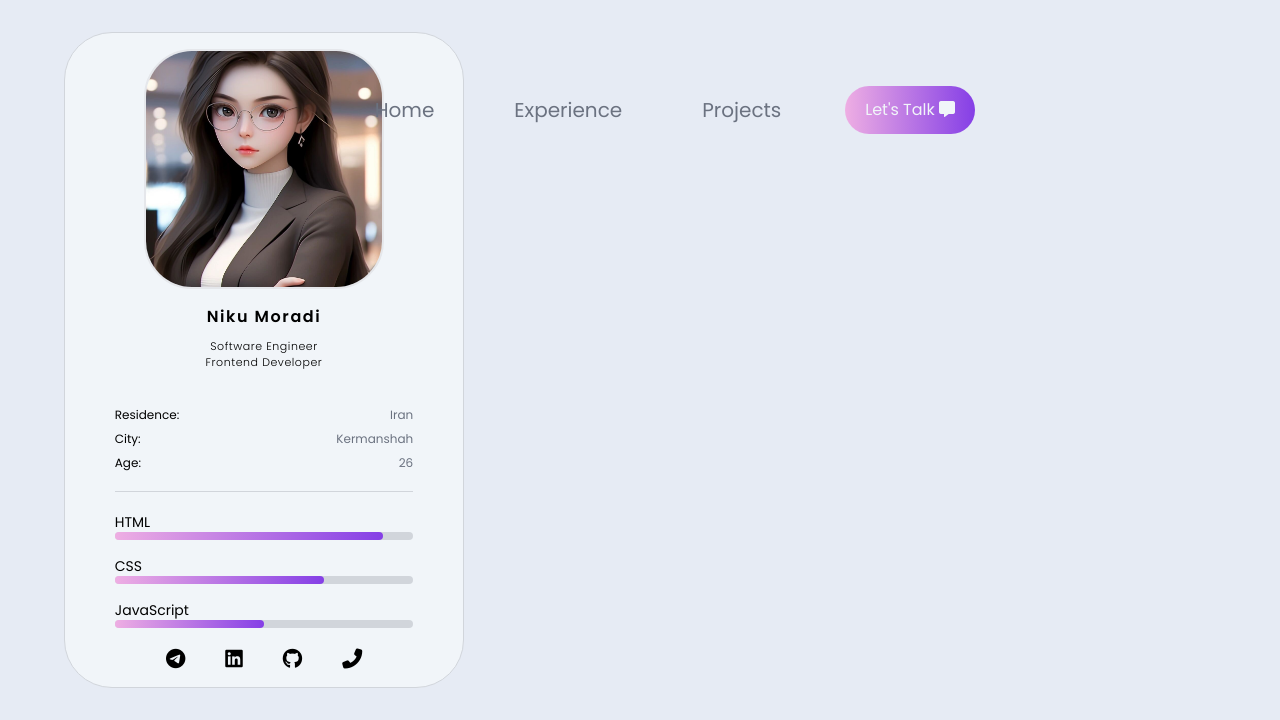
Repository: NikuMoradi/niku-moradi
Page: /
These files come from the project's save history. The page is drawn as it stood at one moment and after the next save; the edit follows.
The browser window is 1280 px wide. The pictures show the whole page.
The project was rebuilt for these pictures with package versions that can differ from the ones it lists, and the page was loaded fresh each time. The framework's server and built-in components were replaced by stand-ins that run in the browser. Also part of the build but not shown: nuxt.config.ts, components/Blog Posts/Component-Design.vue, components/Blog.vue, components/Contact.vue, components/Education.vue, components/Experience.vue, components/Hero.vue, components/Menu.vue and 3 more.

Above is the page before, as saved 2024-12-01 11:55:29.

### assets/css/main.css
@tailwind base;
@tailwind components;
@tailwind utilities;
@layer base {
  body {
    background-color: #e6ebf4;
  }
}

@layer utilities {
  .bg-primary-gradient {
    background: linear-gradient(
      90deg,
      rgba(238, 174, 227, 1) 0%,
      rgb(133, 63, 230) 100%
    );
  }

  .text-primary-gradient {
    background: linear-gradient(
      90deg,
      rgba(238, 174, 227, 1) 0%,
      rgb(133, 63, 230) 100%
    );
  }
}

### components/LeftPanel.vue
<template>
  <div
    class="text-black w-[400px] flex flex-col items-center bg-slate-100 border border-gray-300 rounded-4xl"
    style="height: calc(100vh - 4rem)"
  >
    <!-- Header-->
    <div class="w-full py-4 flex flex-col items-center justify-center">
      <img
        src="../assets/img/photo_2024-11-28_10-37-05.jpg"
        alt="Profile Picture"
        class="w-60 h-60 mb-5 border-2 object-cover object-center rounded-4xl"
      />
      <h2
        class="text-[16px] font-semibold tracking-widest leading-[16.8px] mb-3"
      >
        Niku Moradi
      </h2>
      <p class="text-[11px] font-light tracking-wider leading-[16.5px]">
        Software Engineer
      </p>
      <p class="text-[11px] font-light tracking-wider leading-[16.5px]">
        Frontend Developer
      </p>
    </div>

    <!-- middle -->
    <div class="w-3/4 flex flex-col overflow-y-auto scrollbar-hide">
      <!-- table -->
      <div class="py-5 text-xs border-b border-gray-300 mb-5">
        <ul class="space-y-2">
          <li class="flex justify-between">
            <h6>Residence:</h6>
            <span class="text-gray-500">Iran</span>
          </li>
          <li class="flex justify-between">
            <h6>City:</h6>
            <span class="text-gray-500">Kermanshah</span>
          </li>
          <li class="flex justify-between">
            <h6>Age:</h6>
            <span class="text-gray-500">26</span>
          </li>
        </ul>
      </div>
      <!-- Skill Bars -->
      <div class="space-y-4 pb-5 border-b border-gray-300 mb-5">
        <div>
          <label class="block text-sm">HTML</label>
          <div class="w-full bg-gray-300 h-2 rounded-full">
            <div class="bg-primary-gradient h-2 rounded-full w-[90%]"></div>
          </div>
        </div>
        <div>
          <label class="block text-sm">CSS</label>
          <div class="w-full bg-gray-300 h-2 rounded-full">
            <div class="bg-primary-gradient h-2 rounded-full w-[70%]"></div>
          </div>
        </div>
        <div>
          <label class="block text-sm">JavaScript</label>
          <div class="w-full bg-gray-300 h-2 rounded-full">
            <div class="bg-primary-gradient h-2 rounded-full w-[50%]"></div>
          </div>
        </div>
        <div>
          <label class="block text-sm">Vue.js</label>
          <div class="w-full bg-gray-300 h-2 rounded-full">
            <div class="bg-primary-gradient h-2 rounded-full w-[50%]"></div>
          </div>
        </div>
        <div>
          <label class="block text-sm">Nuxt.js</label>
          <div class="w-full bg-gray-300 h-2 rounded-full">
            <div class="bg-primary-gradient h-2 rounded-full w-[40%]"></div>
          </div>
        </div>
        <div>
          <label class="block text-sm">Quasar</label>
          <div class="w-full bg-gray-300 h-2 rounded-full">
            <div class="bg-primary-gradient h-2 rounded-full w-[70%]"></div>
          </div>
        </div>
        <div>
          <label class="block text-sm">Tailwind</label>
          <div class="w-full bg-gray-300 h-2 rounded-full">
            <div class="bg-primary-gradient h-2 rounded-full w-[60%]"></div>
          </div>
        </div>
      </div>
      <!-- General Skills -->
      <ul
        class="text-gray-500 text-[11px] font-light tracking-wider space-y-2 mb-5"
      >
        <li class="flex items-center">
          <i class="fas fa-check fa-xs text-fuchsia-600 mr-2"></i>
          English Level B2
        </li>
        <li class="flex items-center">
          <i class="fas fa-check fa-xs text-fuchsia-600 mr-2"></i>
          Git Knowledge
        </li>
        <li class="flex items-center">
          <i class="fas fa-check fa-xs text-fuchsia-600 mr-2"></i>
          Design Patterns
        </li>
      </ul>
    </div>

    <!-- Social Links -->
    <div class="w-full py-4 text-center mt-auto">
      <div class="space-x-10">
        <a
          href="https://t.me/yourusername"
          target="_blank"
          class="hover:text-blue-400"
        >
          <i class="fab fa-telegram fa-lg"></i>
        </a>
        <a
          href="https://linkedin.com/in/yourusername"
          target="_blank"
          class="hover:text-blue-600"
        >
          <i class="fab fa-linkedin fa-lg"></i>
        </a>
        <a
          href="https://github.com/yourusername"
          target="_blank"
          class="hover:text-gray-700"
        >
          <i class="fab fa-github fa-lg"></i>
        </a>
        <a href="tel:+1234567890" class="hover:text-green-400">
          <i class="fas fa-phone-alt fa-lg"></i>
        </a>
      </div>
    </div>
  </div>
</template>

### components/Navbar.vue
<template>
  <div
    class="flex items-center px-3 py-1 space-x-12 fixed top-20 right-20 w-2/3"
  >
    <!-- About -->

    <NuxtLink
      to="/about"
      class="py-3 px-4 text-xl text-gray-500"
      exact-active-class="border border-gray-400 rounded-3xl font-semibold tracking-wide text-zinc-800"
    >
      Home
    </NuxtLink>

    <!-- Experience -->
    <NuxtLink
      to="/experience"
      class="py-3 px-4 text-xl text-gray-500"
      exact-active-class="border border-gray-400 rounded-3xl font-semibold tracking-wide text-zinc-800"
    >
      Experience
    </NuxtLink>

    <!-- Projects -->
    <NuxtLink
      to="/projects"
      class="py-3 px-4 text-xl text-gray-500"
      exact-active-class="border border-gray-400 rounded-3xl font-semibold tracking-wide text-zinc-800"
    >
      Projects
    </NuxtLink>
    <!-- Blog -->
    <button class="py-3 px-5 rounded-3xl text-slate-100 bg-primary-gradient">
      Let's Talk
      <i class="fa fa-message"></i>
    </button>
  </div>
</template>

### layouts/default.vue
<template>
  <div class="w-6xl min-h-screen flex items-center px-16">
    <LeftPanel />
    <Navbar />
    <!-- Fixed Width Centered Card -->
    <!-- <div
      class="w-full max-w-5xl overflow-hidden z-10"
      style="height: calc(100vh)"
    > -->
    <!-- Scrollable Content -->
    <!-- <div class="overflow-y-auto h-full scrollbar-hide"> -->
    <NuxtPage />
    <!-- </div> -->
    <!-- </div> -->
  </div>
</template>

<style scoped></style>

### app.vue
<!-- The app.vue is just holding the layout container and serving as the root.
 The default.vue layout handles the overall structure of the page.
All content from your pages will automatically be placed inside the NuxtPage slot of the layout.-->
<template>
  <NuxtLayout />
</template>

### pages/index.vue
<template></template>

<style></style>

### tailwind.config.js
/** @type {import('tailwindcss').Config} */
export default {
  content: [
    "./components/**/*.{js,vue,ts}",
    "./layouts/**/*.vue",
    "./pages/**/*.vue",
    "./plugins/**/*.{js,ts}",
    "./app.vue",
    "./error.vue",
  ],
  theme: {
    extend: {
      fontFamily: {
        sans: ["Poppins", "sans-serif"],
      },
      borderRadius: {
        "4xl": "3rem", // Custom rounded size
      },
    },
  },
  plugins: [require("tailwind-scrollbar-hide")],
};

Loaded but not shown: plugins/aos.client.js (no copy from this time; the picture is the same without it)

After the next save:
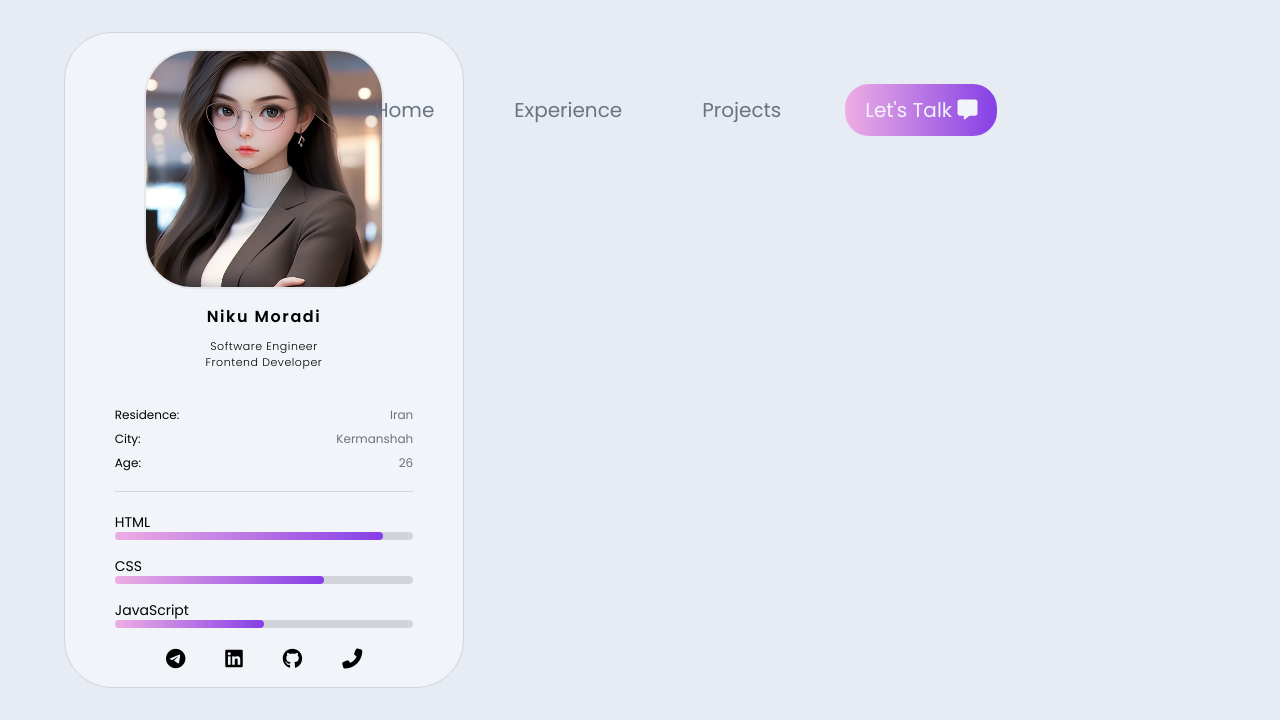
Saved 70 s later.
--- a/components/Navbar.vue
+++ b/components/Navbar.vue
@@ -30,7 +30,9 @@
       Projects
     </NuxtLink>
     <!-- Blog -->
-    <button class="py-3 px-5 rounded-3xl text-slate-100 bg-primary-gradient">
+    <button
+      class="py-3 px-5 rounded-3xl text-xl text-slate-100 bg-primary-gradient"
+    >
       Let's Talk
       <i class="fa fa-message"></i>
     </button>
